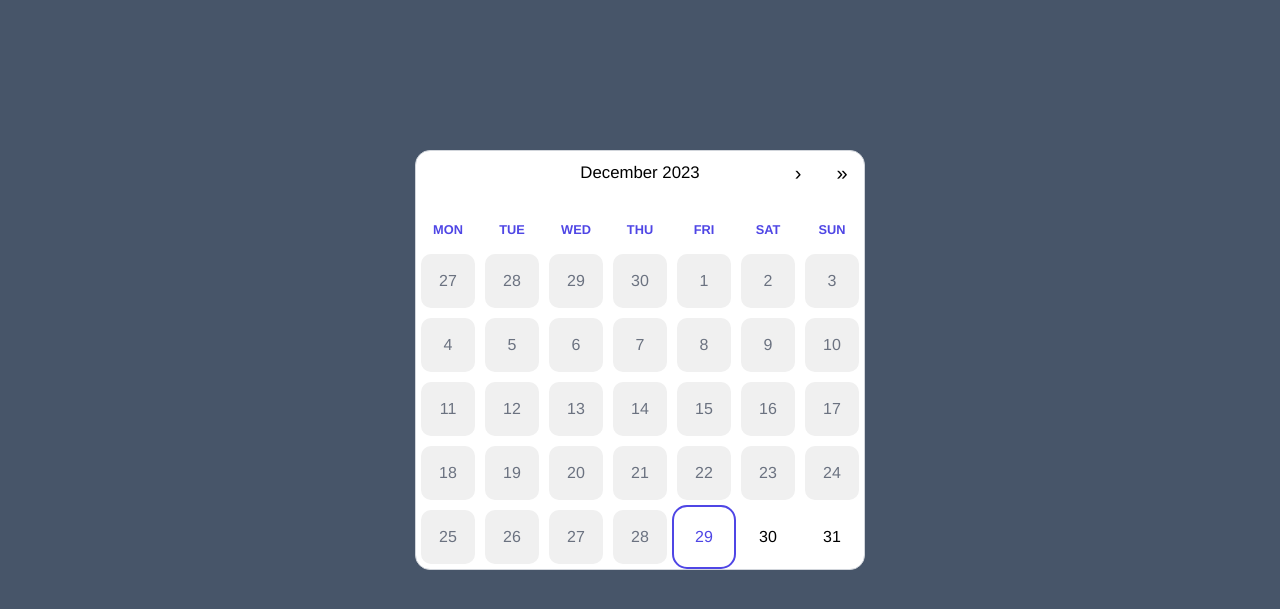
Repository: ImedBousakhria/appointment_system_prototype
Page: /
These files come from the project's save history. The page is drawn as it stood at one moment and after a run of saves; the edit follows.
The browser window is 1280 px wide. The pictures show the whole page.
The project was rebuilt for these pictures with package versions that can differ from the ones it lists, and the page was loaded fresh each time. Also part of the build but not shown: vite.config.js.

Above is the page before, as saved 2023-12-30 16:47:44.

After the next 3 saves:
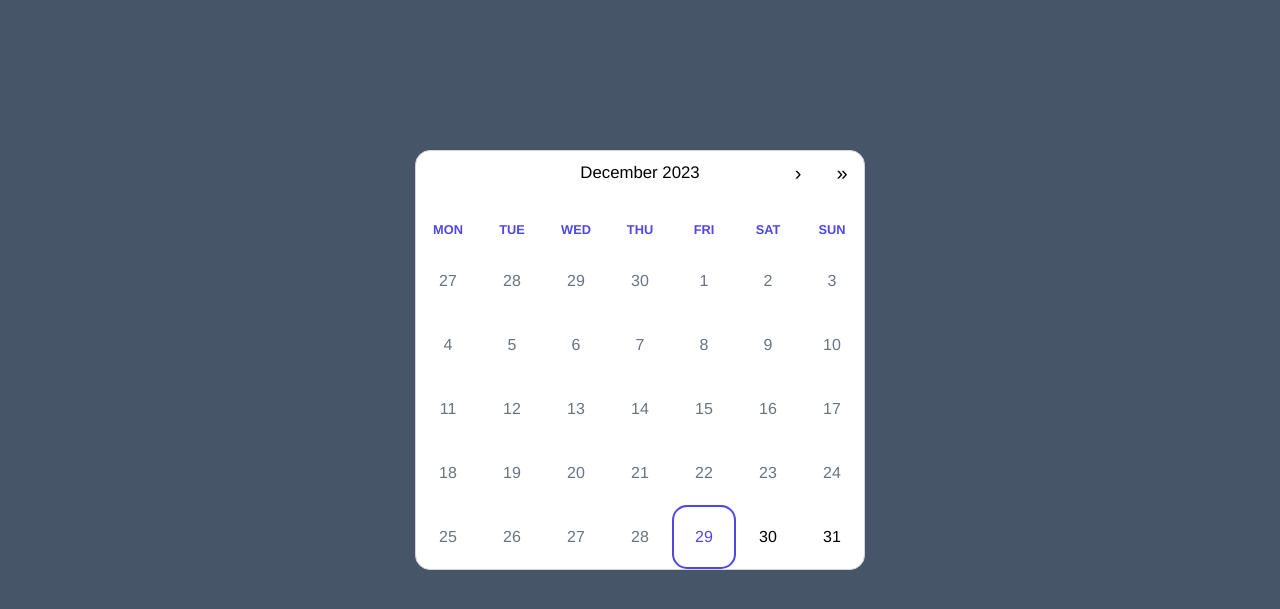
The 3 saves are shown as one change because they came seconds apart.
The last was saved 17 s later.
--- a/src/Calendar.css
+++ b/src/Calendar.css
@@ -144,7 +144,6 @@
     text-align: center;
   }
   .react-calendar__tile:disabled {
-    background-color: #f0f0f0;
     color: rgb(107 114 128);
   }
   .react-calendar__tile:enabled:hover,

After the save that followed:
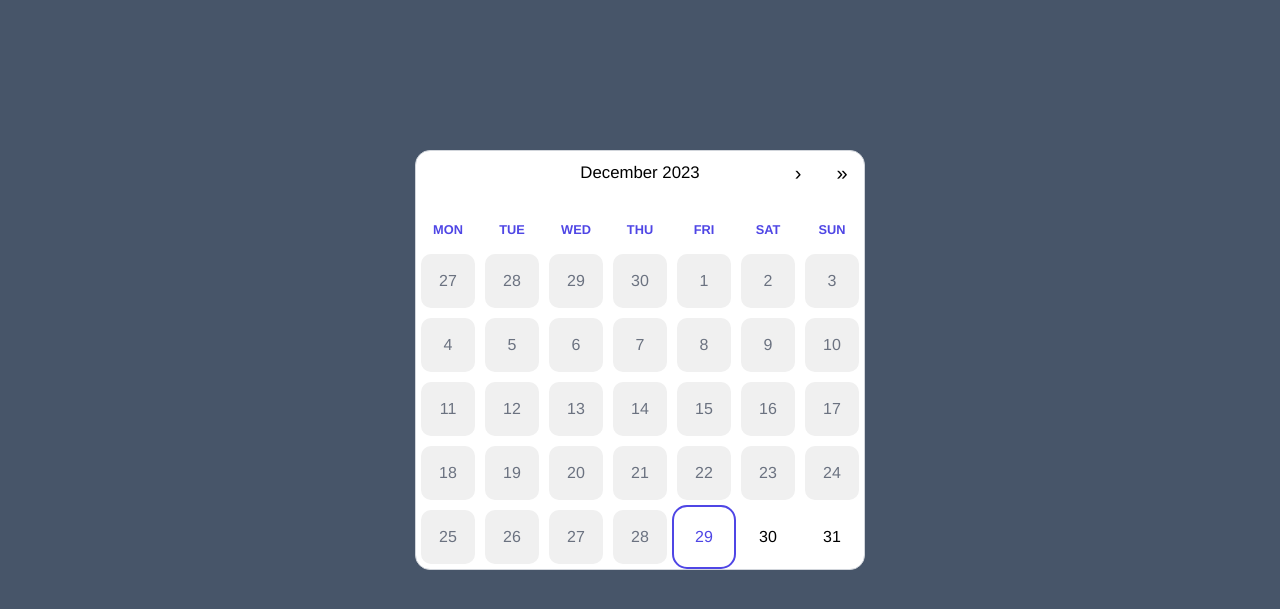
Saved 11 s later.
--- a/src/Calendar.css
+++ b/src/Calendar.css
@@ -144,6 +144,7 @@
     text-align: center;
   }
   .react-calendar__tile:disabled {
+    background-color: #f0f0f0;
     color: rgb(107 114 128);
   }
   .react-calendar__tile:enabled:hover,
